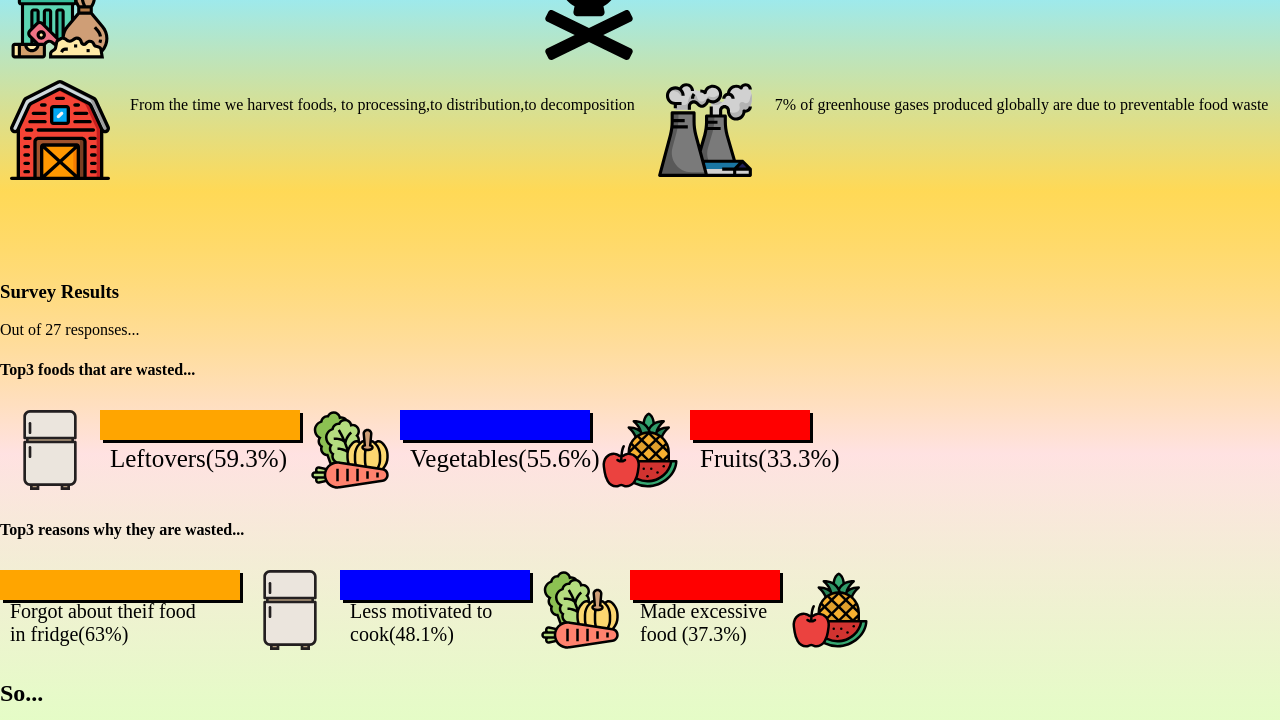
Repository: iorid3/Midterm
Page: index.html
These files come from the project's save history. The page is drawn as it stood at one moment and after a run of saves; the edit follows.
The browser window is 1280 px wide. The pictures show the whole page.
An inner scrolling area shows only its first screen.

Above is the page before, as saved 2021-03-08 12:44:01.

### index.html
<!DOCTYPE html>
<html>
    <head>
       <title>Mid term</title>
        <link href= "./index.css"  rel ="stylesheet" type = "text/css" >
    </head>
<body>
   <div id = "main">

        <div class = "section1">
            <div><h1> How Food Waste Impacts Our World</h1></div>
            <div><img src =""/></div>
            <div class = "comp1"></div>
            <div class = "comp2"></div>
            <div class = "comp5"></div>
        </div>

        <div class = "section2">
            <div><h2>DId you know that...</h2></div>
            <div class ="comp3_1"></div>
            <div class ="comp3_2"></div>
            <div class ="comp3_3"></div>
            <div class ="comp3_4"></div>
            <div class = "comp1"></div>

            <div class = "flag"><img src = ""></div>
            <div><h3>Most Common Foods Thrown out by Canadians</h3></div>
               <div class = "container1">
                    <div class ="comp4_1"></div>
                    <div class ="comp4_2"></div>
                    <div class ="comp4_3"></div>
                    <div class ="comp4_4"></div>
                </div>

            <div class = "comp5"></div>
            <div><h3>In Canada, entirely, that is almost 2.2 million tonnes of food wasted</h3></div>
            <div><img src = ""></div>
        </div>

        <div class = "section3">
            <div><h2>How does food waste contribute to carbon foodprint?</h2></div>
            <div><img src = ""></div>

            <div class = "comp6"></div>
            <div class = "comp6"></div>
            <div class = "comp6"></div>
            <div class = "comp6"></div>

                <div class = "container2">
                    <div><img src = ""></div>
                    <div><img src = ""></div>
                    <div><img src = ""></div>
                </div>

            <div class = "comp6"></div>


        </div>


        <div class = "section4">
            <div class = "container3">
               <div><img src = ""></div>
               <div><h3>Survey Results</h3></div>
               <div>Out of 27 responses...</div>
            </div>


            <div class ="comp2"></div>
            <div><h4>Top3 foods that are wasted...</h4></div>
            <div class = "container4">
                <div class = "comp7"></div>
                <div class = "comp7"></div>
                <div class = "comp7"></div>
            </div>

            <div><h4>Top3 reasons why they are wasted...</h4></div>
            <div class = "container5">
                <div class = "comp8"></div>
                <div class = "comp8"></div>
                <div class = "comp8"></div>
            </div>



            <div><h2>So...</h2></div>

            <div><h4>How can we make it better?</h4></div>
            <div class = "container6">
                <div class ="comp9"></div>
                <div class ="comp9"></div>
                <div class ="comp9"></div>
                <div class ="comp9"></div>
            </div>


        <div class = "section5">

            <div><h3>Small Steps goes a long way</h3></div>
            <div class = "comp10"></div>
            <div class = "comp10"></div>
            <div class = "comp10"></div>
            <div class = "comp10"></div>
            <div class = "comp10"></div>
            <div class = "comp10"></div>

            <div><img src = ""></div>
            <div><img src = ""></div>

            <div class = "comp5"></div>
            <div><h3>Do your part in saving the environment by ...</h3></div>
            <div><h2>Using this app to reduce food waste</h2></div>
            <div><h2>FridgeSaver</h2></div>
            <div><img src =""></div>
            <div class = "comp5"></div>
            <div><h5>Start with what you have in your fridge</h5></div>

            <div><img src =""></div>
            <div><h5>Ready to find interesting recipes?</h5></div>



        </div>








       <!-- <div class = "col left">
           <div class = "row top">
               <div class = "shake"></div>
           </div>
           <div class = "row mid">
               <div class = "rank1"></div>
               <div class = "rank2"></div>
           </div> -->
    </div>


<script src = ./comps/comp1/index.js></script>
<script src = ./comps/comp2/index.js></script>
<script src = ./comps/comp3/index.js></script>
<script src = ./comps/comp4/index.js></script>
<script src = ./comps/comp5/index.js></script>
<script src = ./comps/comp6/index.js></script>
<script src = ./comps/comp7/index.js></script>
<script src = ./comps/comp8/index.js></script>
<script src = ./comps/comp9/index.js></script>
<script src = ./comps/comp10/index.js></script>

<script src = ./index.js></script>
</body>
</html>

### index.css
html,body{
    margin:0;
    overflow-x:hidden;
    background: linear-gradient(180deg, rgba(156, 233, 235, 0.86) 0%, rgba(255, 217, 86, 0.96) 26.56%, rgba(255, 220, 220, 0.6) 63.02%, rgba(227, 252, 195, 0.76) 100%);
    mix-blend-mode: normal;
}
#main{
    width:100vw;
    height:100vh;
    display:flex;
    flex-direction: column;
    justify-content: center;
}

### Comps/comp1/index.js
function Comp1UI(url="Images/confusion.png", size ="10px", font= "Poppins", text="text"){
    return `<div style='
            width: 100vw;
            height: 30vh;
            display: inline-flex;
            justify-content: center;
            align-items: center;
            transition: opacity 1s;
            opacity: 0.25;
        '
        onclick='Comp1UI.HandleClick(this)'
        >

        <img style='
            display: inline-flex;
            width: 200px;
            position: relative;
            left: 140px;
            top: 60px;
        'src="${url}" />

        <div>
            <img style='
                display: inline-flex;
                position: relative;
                width: 500px;
                left: 100px;
                bottom: 10px;
            'src="Images/chat.svg" />

            <div style='
                display: inline-flex;
                position: relative;
                bottom: 280px;
                right: 265px;
                font-size: ${size};
                font-weight: bold;
                font-family: ${font};
            '> ${text}</div>
        </div>
    </div>`
}

Comp1UI.HandleClick = (el) => {
    el.style.opacity = 1;
}

### Comps/comp2/index.js
function Comp2UI(url="Images/confusion.png", size ="10px", font= "Poppins", text="text"){
    return `<div style='
        width: 100vw;
        height: 30vh;
        display: inline-flex;
        justify-content: center;
        align-items: center;
        transition: opacity 1s;
        opacity: 0.25;
    '
    onclick='Comp1UI.HandleClick(this)'
    >

        <img style='
            display: inline-flex;
            width: 200px;
            position: relative;
            left: 500px;
            top:60px;
        ' src="${url}"/>

        <div>
            <img style='
                display: inline-flex;
                position: relative;
                width: 500px;
                right: 200px;
                bottom: 10px;
                transform: rotateY(180deg)
            ' src="Images/chat2.svg" />

            <div style='
                display: inline-flex;
                position: relative;
                bottom: 280px;
                right: 560px;
                font-size: ${size};
                font-weight: bold;
                font-family: ${font};
            ' >${text}</div>
        </div>
    </div>`
}

Comp2UI.HandleClick = (el) => {
    el.style.opacity = 1;
}

### Comps/comp3/index.js
function Comp3UI(Text='Average Canadian wastes 140kg of food in a year', url='https://placekitten.com/400/400') {
    return `
        <div style='
            display: inline-flex;
            align-items: center;
            justify-content: center;

            transition-property: transform;
            transition-duration: 1s;
            transition-timing-function: ease-in-out;
            transition-delay: 1s;

        '>
            <div style='
                flex-basis: 200px;
                text-align: center;
                padding-right: 10px;
                font-family: monospace;


            '
            >${Text}</div>

            <div style='
                width: 100px;
                height: 100px;
            '
            // onclick='Comp3UI.HandleClick(this)'
            >
                <img  style='
                    width: 100%;
                    height: 100%;
                    object-fit: cover;
                '
                src='${url}' />
        </div>
    `
}

// Comp3UI.HandleClick = (el) => {
//     el.style.top = "110%";
// }


// export const Comp3 = Comp3UI();

### Comps/comp4/index.js
function Comp4UI(url='https://placekitten.com/300/300',text='Bread & Bakery',x='0',y='0') {
    return `
        <div style='
            display: flex;
            flex-direction: row;
            align-item: center;
            justify-content: center;
            width: 250px;
            height: 50px;
            margin: 10px;
            position: absolute;
            top: ${x}px;
            left: ${y}px;

            animation-name: bouncing;
            animation-duration: 1.5s;
            animation-direction: alternate;
            animation-iteration-count: infinite;
            animation-delay: 2s;



        '
        >
            <div style='
                width: 50px;
                height: 50px;
            '>
                <img style='
                    width: 100%;
                    height: 100%;
                    object-fit: cover;
                '
                src='${url}' />
            </div>
            <div style='
            font-family: monospace;
            text-align: center;
            padding-top: 18px;
            padding-left: 5px;
            '
            >${text}</div>
        </div>
    `
}




// export const Comp4 = Comp4UI();

### Comps/comp5/index.js
function Comp5UI(x='0', y='0', url='https://placekitten.com/300/300') {
    return `
        <div style='
            width: 150px;
            height: 150px;
            position: absolute;
            top: ${x}px;
            left: ${y}px;

        '
        >
            <img style='
                width: 100%;
                height: 100%;
                object-fit: cover;

                animation-name: bounce;
                animation-duration: 1s;
                animation-direction: alternate;
                animation-iteration-count: infinite;

            '
            src='${url}' />


        </div>

    `
}

// export const Comp5 = Comp5UI();

### Comps/comp6/index.js
function Carboncomp(text =" 7% of greenhouse gases produced globally are due to preventable food waste", url= "images/factory.svg"){
    return `<div style = "
                          display:inline-flex;
                          ">
                         <div style = "display:flex;
                         padding:10px;">
                         <img style ="
                          width:100px;
                          height:100px;
                         " src  = "${url}"></div>
                         <div style ="
                         display:flex;
                         padding:10px;"><p>${text}</p></div>

            </div>`
}

### Comps/comp7/index.js
function Graphcomp(url ="images/vegetable.svg",text ="Leftovers(59.3%)",color ="pink",width ="200px" ){
    return `<div style = "
                          display:inline-flex;
                          align-items:flex-start;
                          justify-content:flex-start;
                          ">
                            <div style = "display:flex;
                            padding:10px;
                            width:80px;
                            height:80px;
                            ">
                            <img src  = "${url}"></div>
                            <div class = "graph"
                            style ="
                            width:${width};
                            height:30px;
                            margin-top:10px;
                            background-color:${color};
                            box-shadow: 3px 3px ;
                            transition:background-color,1s,box-shadow, 1s;"
                            onmouseover = "Graphcomp.HandleMouseover(this)">
                            <div style ="
                            display:flex;
                            padding:10px;
                            font-size:25px;"><p>${text}</p></div>
                            </div>



            </div>`


}

Graphcomp.HandleMouseover = (el)=>{
   el.style.boxShadow = "8px 8px";
//    el.style.width = "400px";
 }

### Comps/comp8/index.js
function Graphcomp2(url ="images/vegetable.svg",text ="Leftovers(59.3%)",color ="pink",width ="200px" ){
    return `<div style = "
                          display:inline-flex;
                          flex-direction:row;
                          justify-content:center;
                          ">
                            <div class = "graph"
                            style ="
                            display:flex;
                            width:${width};
                            height:30px;
                            margin-top:10px;
                            background-color:${color};
                            box-shadow: 3px 3px ;
                            transition:background-color,1s,box-shadow, 1s;"
                            onmouseover = "Graphcomp2.HandleMouseover(this)">
                            <div style ="
                            display:flex;
                            width:200px;
                            padding:10px;
                            font-size:20px;"><p>${text}</p></div>
                            </div>
                            <div style = "display:flex;
                            padding:10px;
                            width:80px;
                            height:80px;
                            ">
                            <img src  = "${url}"></div>




            </div>`


}

Graphcomp2.HandleMouseover = (el)=>{
//    el.style.backgroundColor  = "blue";
   el.style.boxShadow = "8px 8px";
//    el.style.width = "400px";
 }

### Comps/comp9/index.js
function Comp9UI(url="images/1.svg", text="4 Ways to Make it Better") {
    return `
        <img style='
            width: 80px;
            height: 80px;
            transition: width 0.2s;
            transition-timing-function: ease-in-out;
        '

        onmouseover='Comp9UI.HandleImageHover(this)'
        onmouseout='Comp9UI.HandleImageHoverOut(this)'

        src="${url}"/>

        <div style='
            width: 180px;
            height: 180px;
            margin: 10px;
            padding: 10px;
            background-color: rgba(255, 255, 255, 0.6);
            border: 3px solid rgba(0, 0, 0, 0.5);
            border-radius: 50%;
            display: flex;
            justify-content: center;
            align-items: center;
            font-size: 1.1em;
            line-height: 1.2em;
            text-align: center;
            transition: width 0.2s;
            transition-timing-function: ease-in-out;
        '
            onmouseover='Comp9UI.HandleHover(this)'
            onmouseout='Comp9UI.HandleHoverOut(this)'

        >${text}</div>

    `
}

Comp9UI.HandleImageHover = (el) => {
    el.style.width = "120px";
    el.style.height = "120px";
}

Comp9UI.HandleImageHoverOut = (el) => {
    el.style.width = "80px";
    el.style.height = "80px";
}

Comp9UI.HandleHover = (el) => {
    el.style.color = "#2E8B57";
    // el.style.width = "210px";
    // el.style.height = "210px";
    // el.style.fontSize = "1.4em";
}

Comp9UI.HandleHoverOut = (el) => {
    el.style.color = "#000000";
    // el.style.width = "180px";
    // el.style.height = "180px";
    // el.style.fontSize = "1.1em";
}
// export const Comp9 = Comp9UI();

### Comps/comp10/index.js
function Comp10UI(w="55px", tdeg="120deg", top="0px", left="0px", anidelay="1s") {
    return `
    <img style='
        width: ${w};
        transform: rotate(${tdeg});
        position: absolute;
        top: ${top};
        left: ${left};

        animation-name: footsteps;
        animation-duration: 4s;
        animation-delay: ${anidelay};
        animation-iteration-count: infinite;

    'src="images/footsteps.svg"/>

    `
}

// export const Comp10 = Comp10UI();

### index.js

document.querySelector(".comp6").innerHTML +=  Carboncomp(text = "Waste food that ends up in the landfill produces methane gas",url= "Images/garbage.svg");
document.querySelector(".comp6").innerHTML +=  Carboncomp(text ="which 21x more potent than carbon dioxide. It may give serious damage to our society. ",url ="Images/skull.svg" );
document.querySelector(".comp6").innerHTML +=  Carboncomp(text = "From the time we harvest foods, to processing,to distribution,to decomposition", url ="Images/barn.svg");
document.querySelector(".comp6").innerHTML +=  Carboncomp();
document.querySelector(".comp7").innerHTML +=  Graphcomp("Images/fridge.svg",text ="Leftovers(59.3%)",color ="orange",width ="200px");
document.querySelector(".comp7").innerHTML +=  Graphcomp("Images/vegetable.svg",text ="Vegetables(55.6%)",color ="blue",width ="190px");
document.querySelector(".comp7").innerHTML +=  Graphcomp("Images/fruits.svg",text ="Fruits(33.3%)",color ="red",width ="120px");
document.querySelector(".comp8").innerHTML +=  Graphcomp2("Images/fridge.svg",text ="Forgot about theif food in fridge(63%)",color ="orange",width ="240px");
document.querySelector(".comp8").innerHTML +=  Graphcomp2("Images/vegetable.svg",text ="Less motivated to cook(48.1%)",color ="blue",width ="190px");
document.querySelector(".comp8").innerHTML +=  Graphcomp2("Images/fruits.svg",text ="Made excessive food (37.3%)",color ="red",width ="150px");

After the next 2 saves:
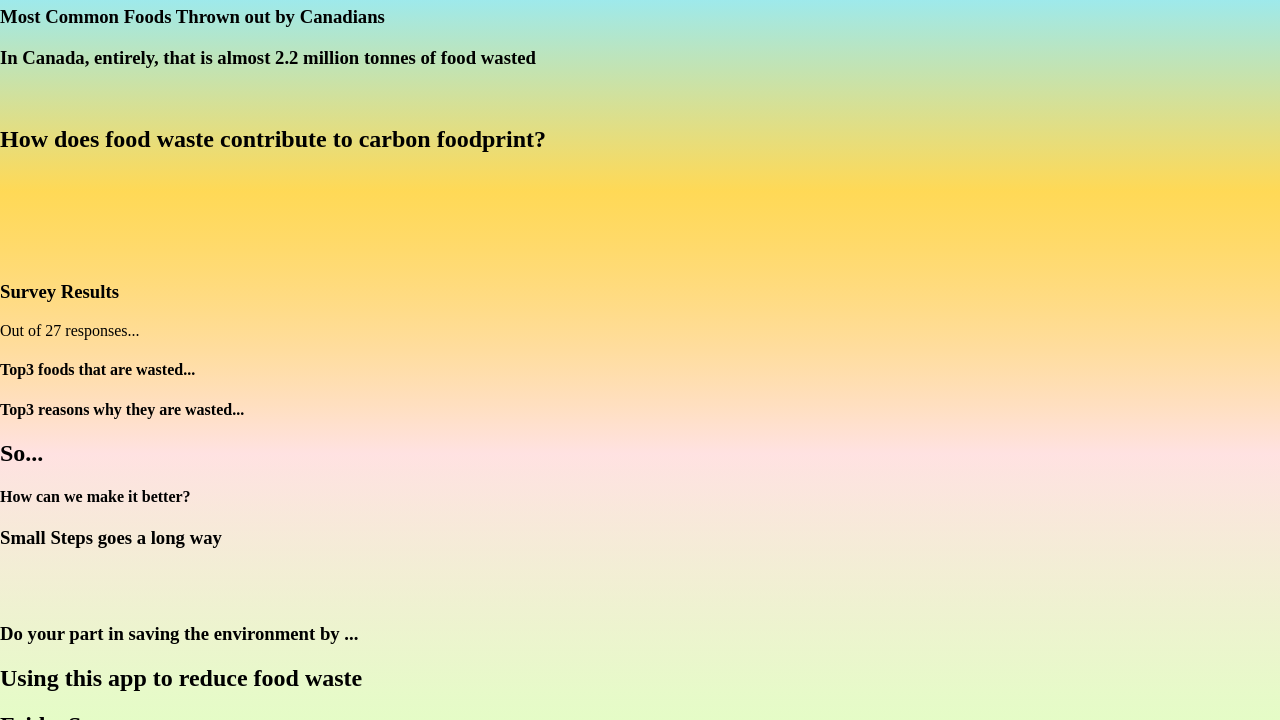
Console error: ReferenceError: Carboncomp is not defined
The 2 saves are shown as one change because they came seconds apart.
The last was saved 8 min 6 s later.
--- a/index.html
+++ b/index.html
@@ -140,16 +140,11 @@
     </div>
 
 
-<script src = ./comps/comp1/index.js></script>
-<script src = ./comps/comp2/index.js></script>
+
 <script src = ./comps/comp3/index.js></script>
 <script src = ./comps/comp4/index.js></script>
 <script src = ./comps/comp5/index.js></script>
-<script src = ./comps/comp6/index.js></script>
-<script src = ./comps/comp7/index.js></script>
-<script src = ./comps/comp8/index.js></script>
-<script src = ./comps/comp9/index.js></script>
-<script src = ./comps/comp10/index.js></script>
+
 
 <script src = ./index.js></script>
 </body>

After the save that followed:
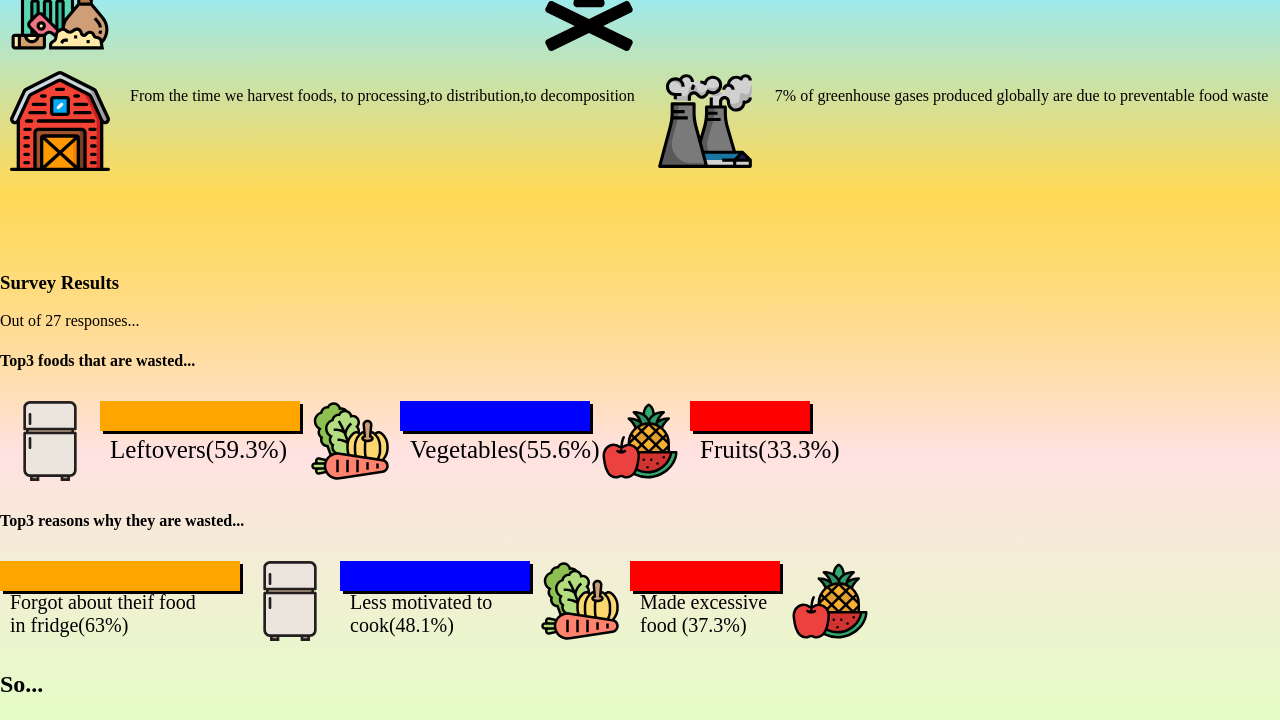
The error is gone.
Saved 5 min 45 s later.
--- a/index.html
+++ b/index.html
@@ -138,7 +138,31 @@
                <div class = "rank2"></div>
            </div> -->
     </div>
+<<<<<<< HEAD
 
+=======
+
+
+
+
+
+
+
+
+
+
+
+
+
+
+
+
+<script src="./Comps/comp1/index.js"></script>
+<script src="./Comps/comp2/index.js"></script>
+ <script src = ./comps/comp6/index.js></script>
+ <script src = ./comps/comp7/index.js></script>
+ <script src = ./comps/comp8/index.js></script>
+>>>>>>> a2cc68d29d885ef39cad26450440fed737789251
 
 
 <script src = ./comps/comp3/index.js></script>
